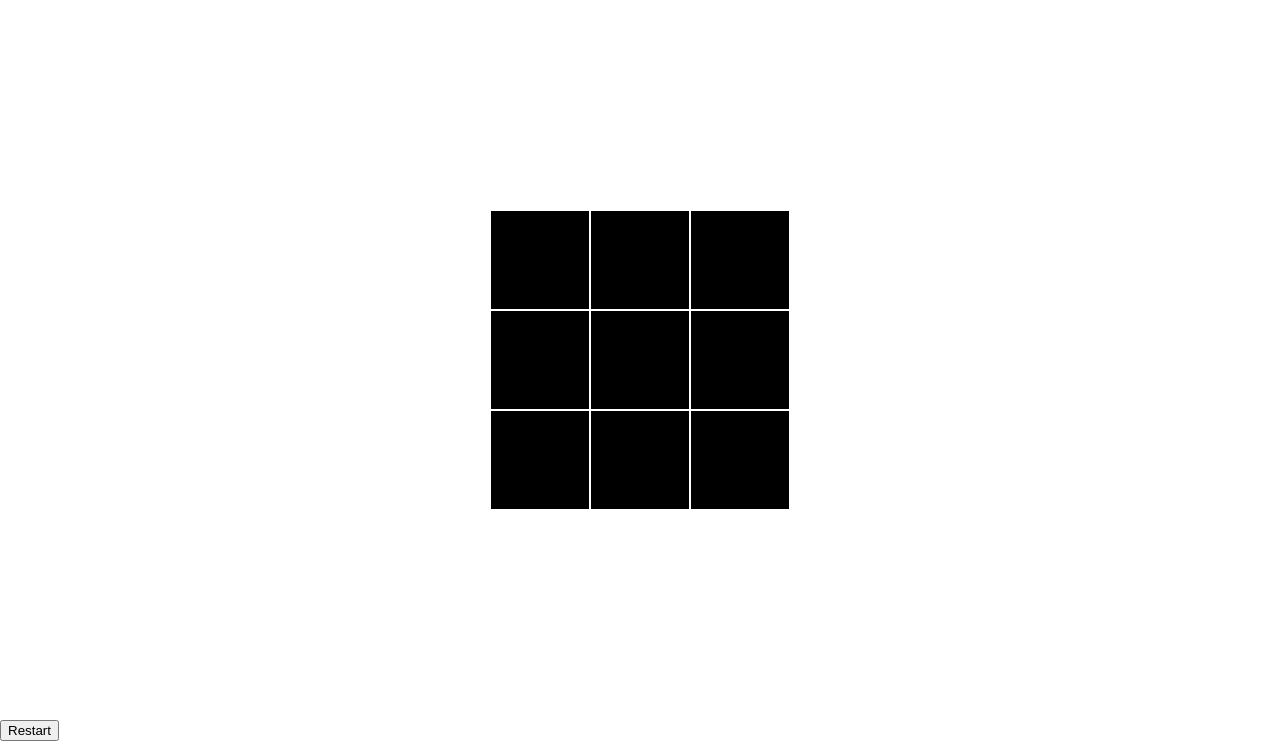
Repository: divya2/tic-toc-toe
Page: index.html
The author's editor kept a copy of each file at every save. The page is drawn from the files as they stood at one save, then again after the next save.
The browser window is 1280 px wide. The pictures show the whole page.

Above is the page before, as saved 2020-10-29 18:02:09.
Not found: script.js

### index.html
<!DOCTYPE html>
<html lang="en">
<head>
    <meta charset="UTF-8">
    <meta name="viewport" content="width=device-width, initial-scale=1.0">
    <link rel="stylesheet" href="styles.css">
    <script src="script.js" defer></script>
    <title>Document</title>
</head>
<body>
    <div class="board" id="board">
        <div class="cell" data-cell></div>
        <div class="cell" data-cell></div>
        <div class="cell" data-cell></div>
        <div class="cell" data-cell></div>
        <div class="cell" data-cell></div>
        <div class="cell" data-cell></div>
        <div class="cell" data-cell></div>
        <div class="cell" data-cell></div>
        <div class="cell" data-cell></div>
    </div>

    <div class="winning-message">
        <button id="restartButton">Restart</button>
    </div>
</body>
</html>

### styles.css
*, *::after, *::before {
    box-sizing: border-box;
}

:root {
    --cell-size: 100px;
    --mark-size: cal(var(--cell-size)* .9);
}
body {
    margin: 0;
}

.board {
    width: 100w;
    height: 100vh;
    display: grid;
    justify-content: center;
    align-content: center;
    justify-content: center;
    align-items: center;
    grid-template-columns: repeat(3,auto);
}

.cell {
    width: var(--cell-size);
    height: var(--cell-size);
    background-color: black;
    border: 1px solid white;
}

After the next save:
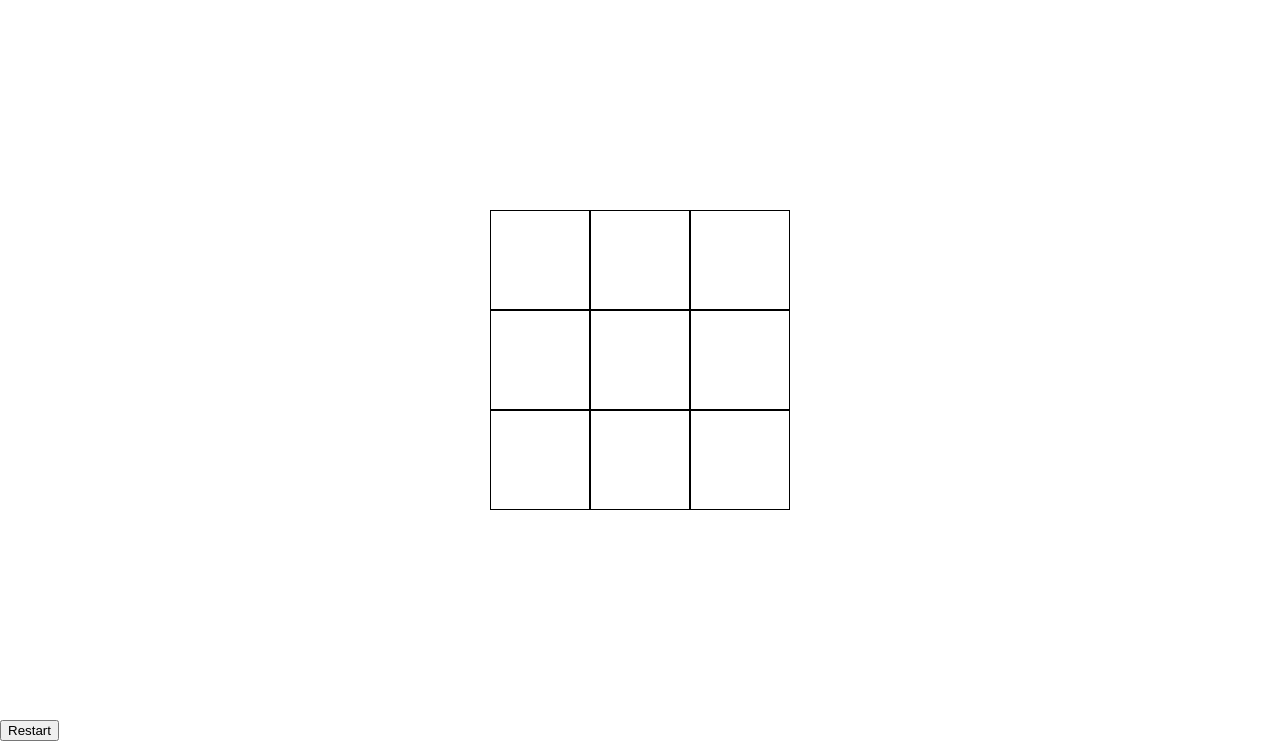
Saved 24 s later.
--- a/styles.css
+++ b/styles.css
@@ -24,6 +24,5 @@ body {
 .cell {
     width: var(--cell-size);
     height: var(--cell-size);
-    background-color: black;
-    border: 1px solid white;
+    border: 1px solid black;
 }
